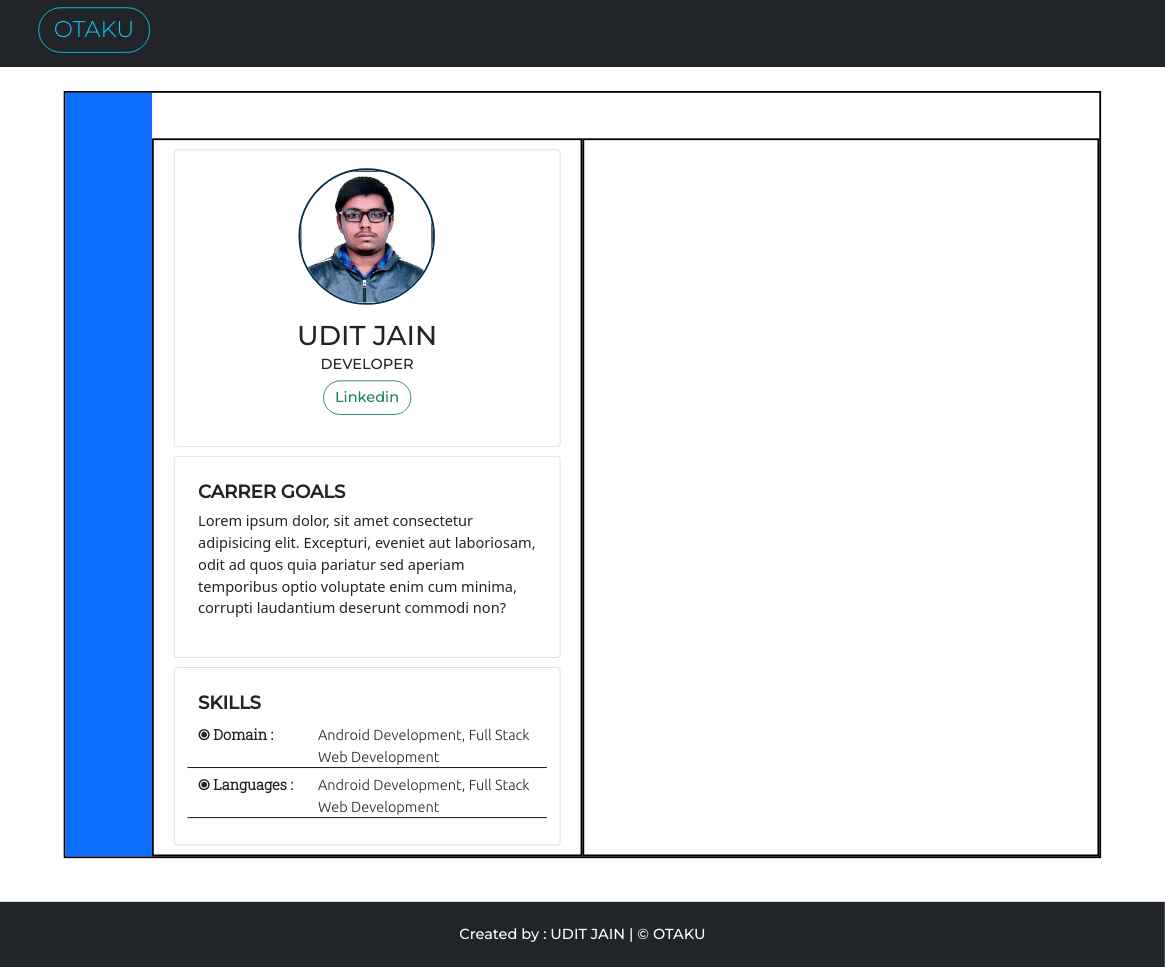
Repository: uditjain100/Responsive-Resume
Page: layouts/index.html
These files come from the project's save history. The page is drawn as it stood at one moment and after the next save; the edit follows.
The browser window is 1280 px wide. The pictures show the whole page, at 91% of full size.
Some web libraries are served in a nearby version.

Above is the page before, as saved 2021-03-01 14:34:22.

After the next save:
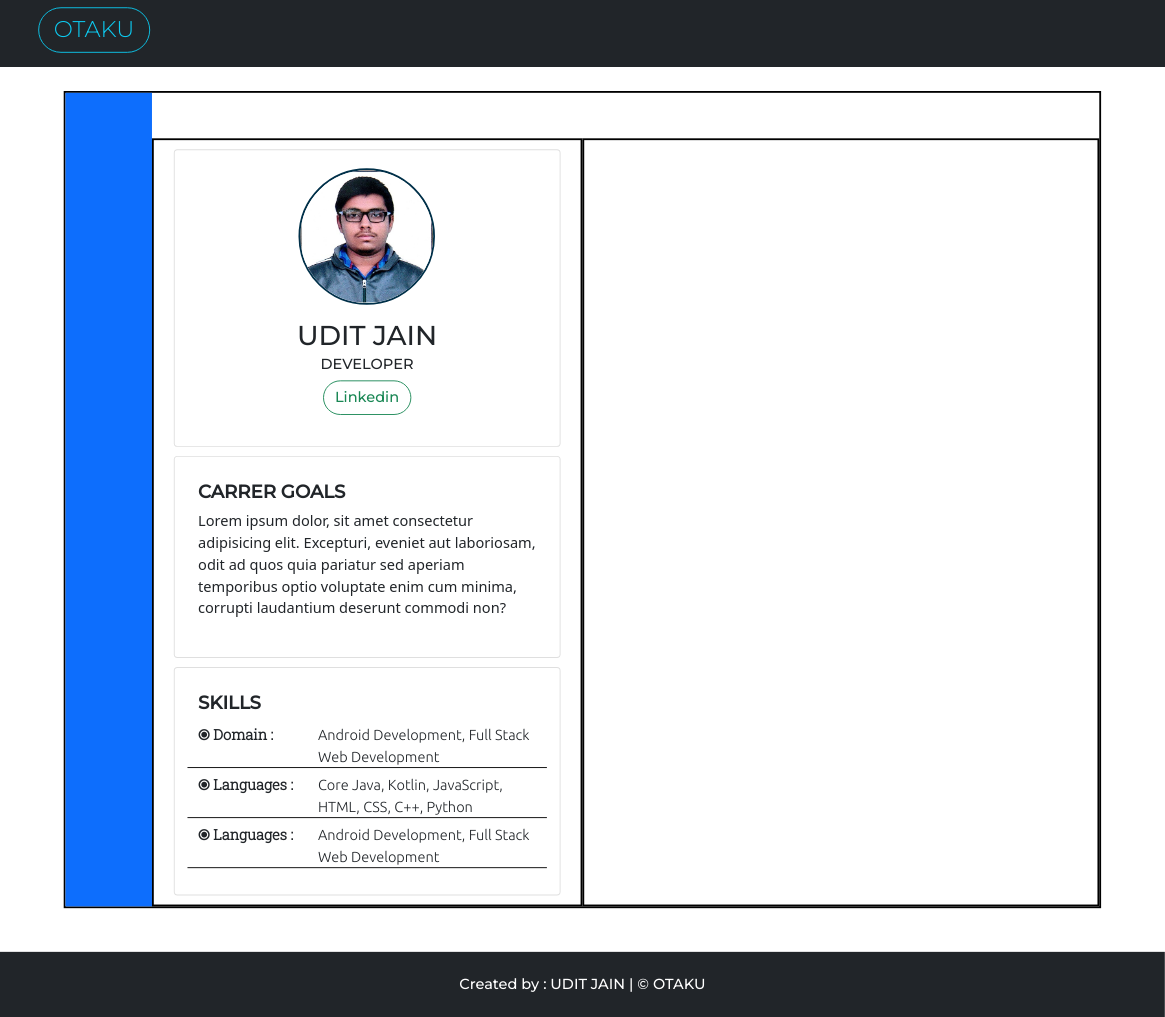
Saved 106 s later.
--- a/layouts/index.html
+++ b/layouts/index.html
@@ -102,6 +102,12 @@
                 <li id="skillsitem" class="row">
                   <span class="col-4" id="que">⦿ Languages : </span>
                   <span class="col-8" id="ans"
+                    >Core Java, Kotlin, JavaScript, HTML, CSS, C++, Python</span
+                  >
+                </li>
+                <li id="skillsitem" class="row">
+                  <span class="col-4" id="que">⦿ Languages : </span>
+                  <span class="col-8" id="ans"
                     >Android Development, Full Stack Web Development</span
                   >
                 </li>
